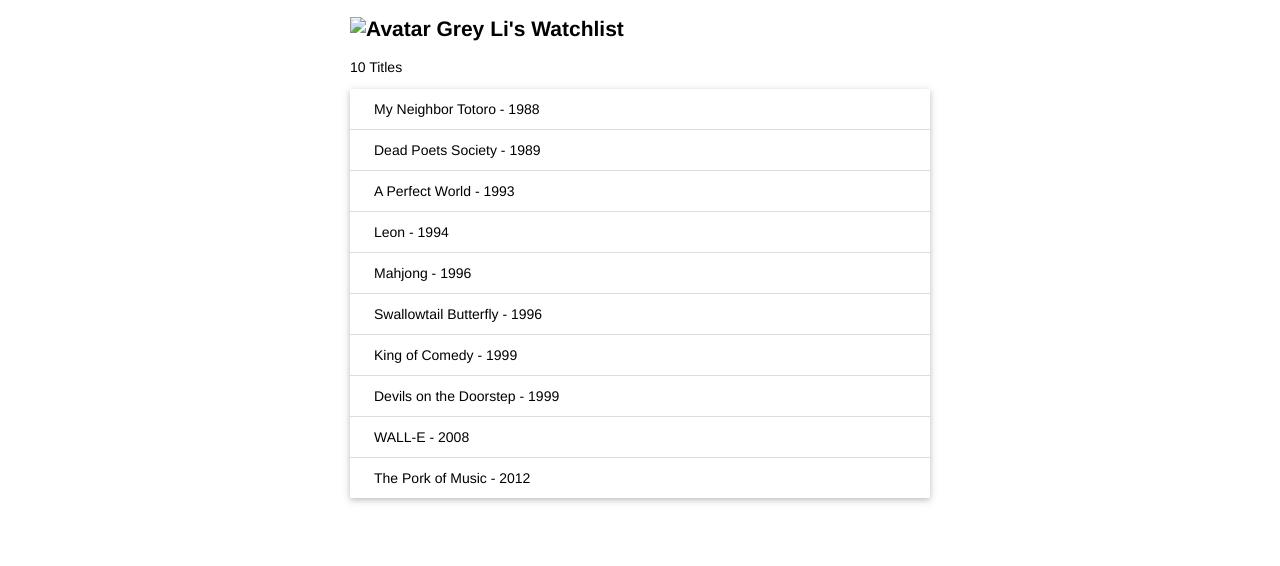
Repository: everrwsr/watchlist
Page: http://localhost/
An editor plug-in stored every save of this project. The page is shown before and after the next save, followed by the edit.
The browser window is 1280 px wide. The pictures show the whole page.
The page is served by the project's application, run on Flask 3 (app.py).

Above is the page before, as saved 2022-05-16 18:59:41.

### templates/index.html
<!DOCTYPE html>
<html lang="en">
  <head>
    <meta charset="utf-8" />
    <link
      rel="stylesheet"
      href="{{ url_for('static', filename='style.css') }}"
      type="text/css"
    />
    <title>{{ name }}'s Watchlist</title>
  </head>
  <body>
    <h2>
      <img
        alt="Avatar"
        class="avatar"
        src="{{ url_for('static', filename='images/avatar.png') }}"
      />
      {{ name }}'s Watchlist
    </h2>
    {# 使用 length 过滤器获取 movies 变量的长度 #}
    <p>{{ movies|length }} Titles</p>
    <ul class="movie-list">
      {% for movie in movies %} {# 迭代 movies 变量 #}
      <li>{{ movie.title }} - {{ movie.year }}</li>
      {# 等同于 movie['title'] #} {% endfor %} {# 使用 endfor 标签结束 for 语句
      #}
    </ul>
    <footer></footer>
  </body>
</html>

### app.py
from flask import Flask, render_template
app = Flask(__name__)

name = 'Grey Li'
movies = [
    {'title': 'My Neighbor Totoro', 'year': '1988'},
    {'title': 'Dead Poets Society', 'year': '1989'},
    {'title': 'A Perfect World', 'year': '1993'},
    {'title': 'Leon', 'year': '1994'},
    {'title': 'Mahjong', 'year': '1996'},
    {'title': 'Swallowtail Butterfly', 'year': '1996'},
    {'title': 'King of Comedy', 'year': '1999'},
    {'title': 'Devils on the Doorstep', 'year': '1999'},
    {'title': 'WALL-E', 'year': '2008'},
    {'title': 'The Pork of Music', 'year': '2012'},
]


@app.route('/')
def index():
    return render_template('index.html', name=name, movies=movies)


@app.errorhandler(404)  # 传入要处理的错误代码
def page_not_found(e):  # 接受异常对象作为参数
    user = User.query.first()
    return render_template('404.html', user=user), 404  # 返回模板和状态码

### static/style.css
/* 页面整体 */
body {
    margin: auto;
    max-width: 580px;
    font-size: 14px;
    font-family: Helvetica, Arial, sans-serif;
}

/* 页脚 */
footer {
    color: #888;
    margin-top: 15px;
    text-align: center;
    padding: 10px;
}

/* 头像 */
.avatar {
    width: 40px;
}

/* 电影列表 */
.movie-list {
    list-style-type: none;
    padding: 0;
    margin-bottom: 10px;
    box-shadow: 0 2px 5px 0 rgba(0, 0, 0, 0.16), 0 2px 10px 0 rgba(0, 0, 0, 0.12);
}

.movie-list li {
    padding: 12px 24px;
    border-bottom: 1px solid #ddd;
}

.movie-list li:last-child {
    border-bottom: none;
}

.movie-list li:hover {
    background-color: #f8f9fa;
}

/* 龙猫图片 */
.totoro {
    display: block;
    margin: 0 auto;
    height: 100px;
}

After the next save:
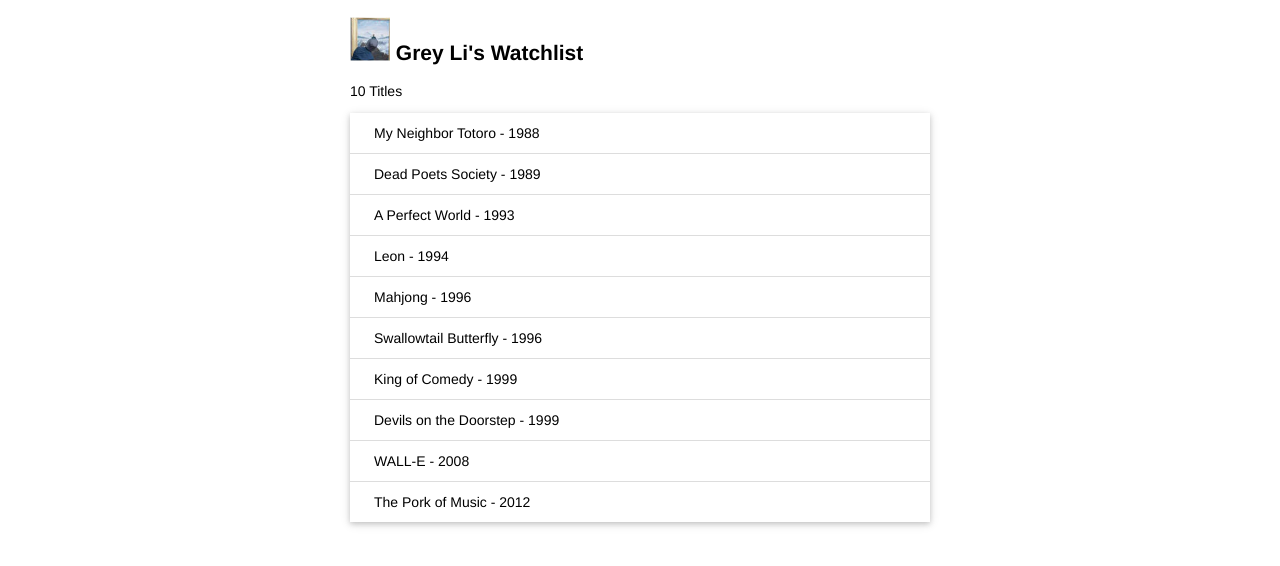
Saved 34 s later.
--- a/templates/index.html
+++ b/templates/index.html
@@ -14,7 +14,7 @@
       <img
         alt="Avatar"
         class="avatar"
-        src="{{ url_for('static', filename='images/avatar.png') }}"
+        src="{{ url_for('static', filename='images/a.png') }}"
       />
       {{ name }}'s Watchlist
     </h2>
